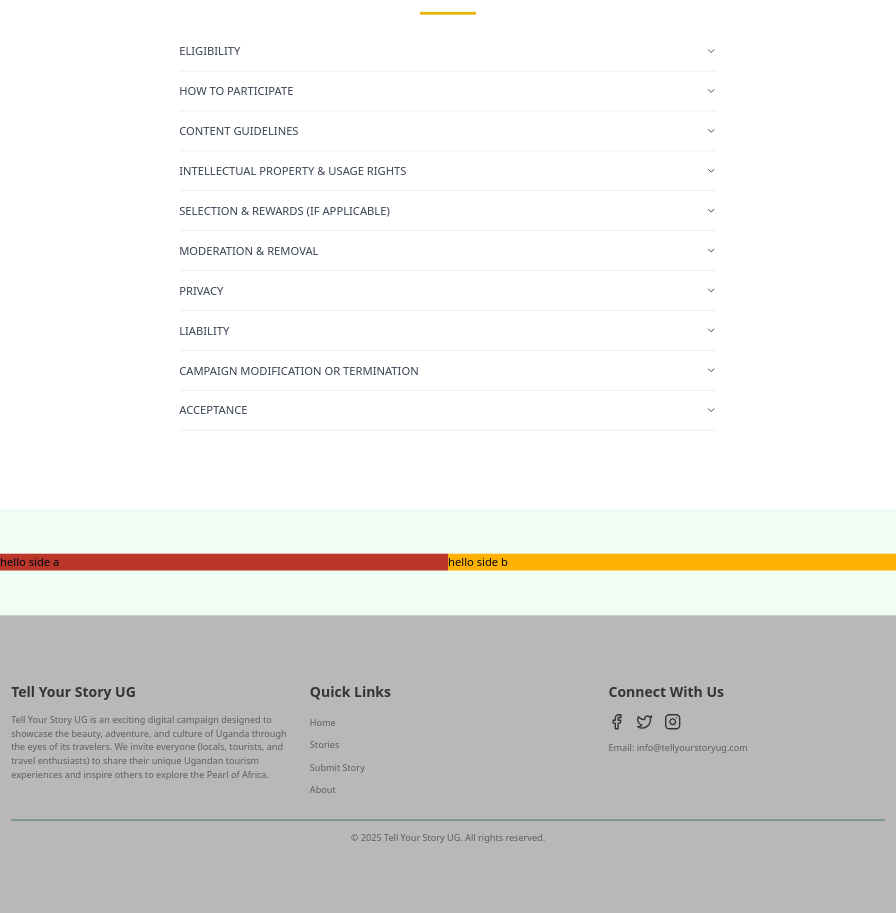
Repository: kaizoku010/take.part
Page: /
These files come from the project's save history. The page is drawn as it stood at one moment and after a run of saves; the edit follows.
The browser window is 1280 px wide. The pictures show the part of the page from y = 3510 to 5430 px (the page is 4814 px tall before and 5430 px after), at 70% of full size.
Backgrounds fixed to the window are drawn as part of the page. The project was rebuilt for these pictures with package versions that can differ from the ones it lists, and the page was loaded fresh each time. Also part of the build but not shown: vite.config.ts, src/components/ui/tooltip.tsx, src/pages/About.tsx, src/components/ui/input.tsx, src/pages/Stories.tsx, src/pages/StoryDetail.tsx, src/components/ui/use-toast.ts, src/components/ui/label.tsx and 3 more.

Above is the page before, as saved 2025-04-14 16:53:11.

After the next 3 saves:
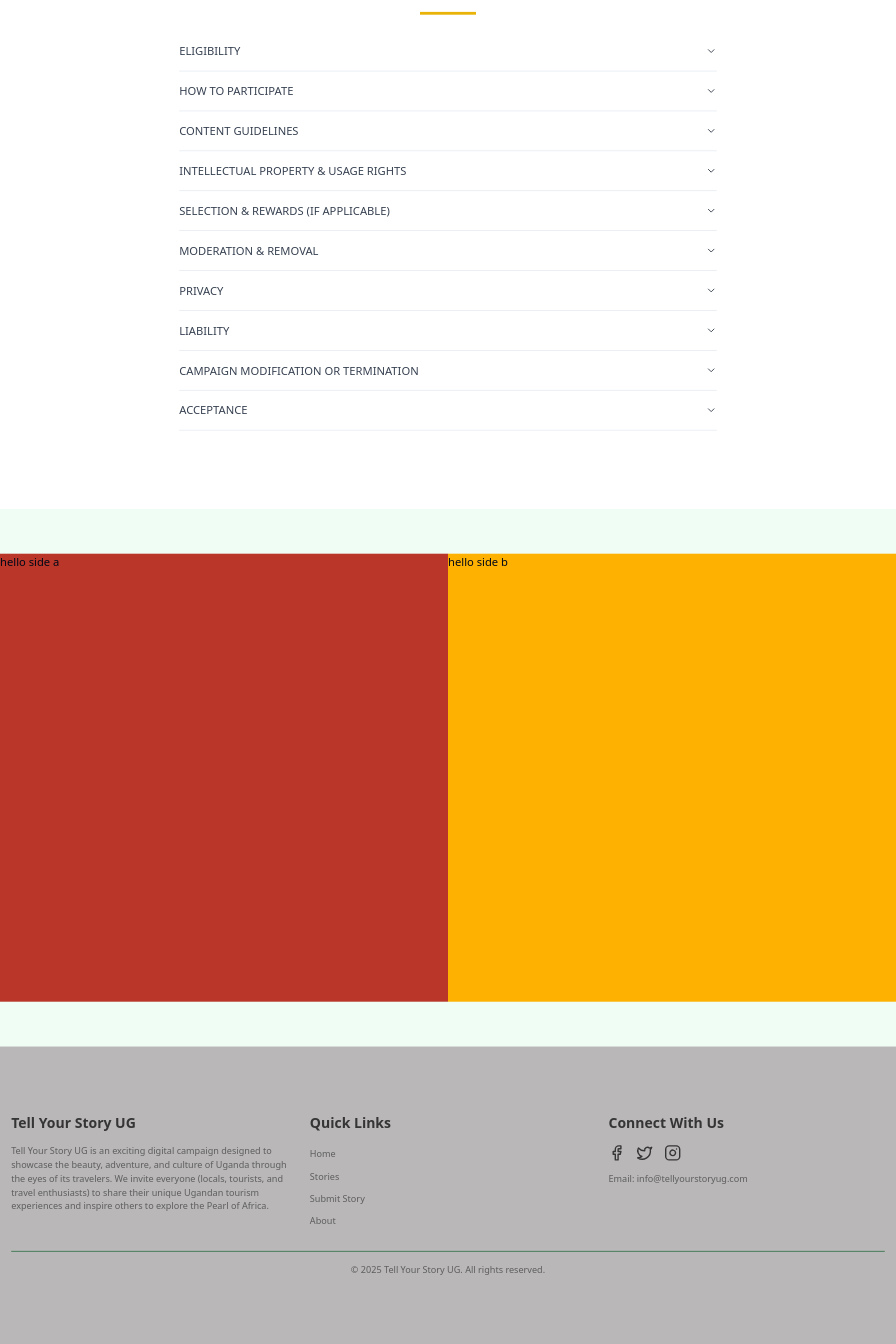
The 3 saves are shown as one change because they came seconds apart.
The last was saved 9 s later.
--- a/src/mdx.css
+++ b/src/mdx.css
@@ -161,12 +161,12 @@ background-color: #ba3629 !important;
 
 #cta-section{
     width: 100%;
-    /* height: 30rem; */
+    height: 40rem;
     background-color: #ba3629 !important;
 }
 
 #cta-section-2{
     width: 100%;
-    /* height: 30rem; */
+    height: 40rem;
     background-color: #feb100 !important;
 }
